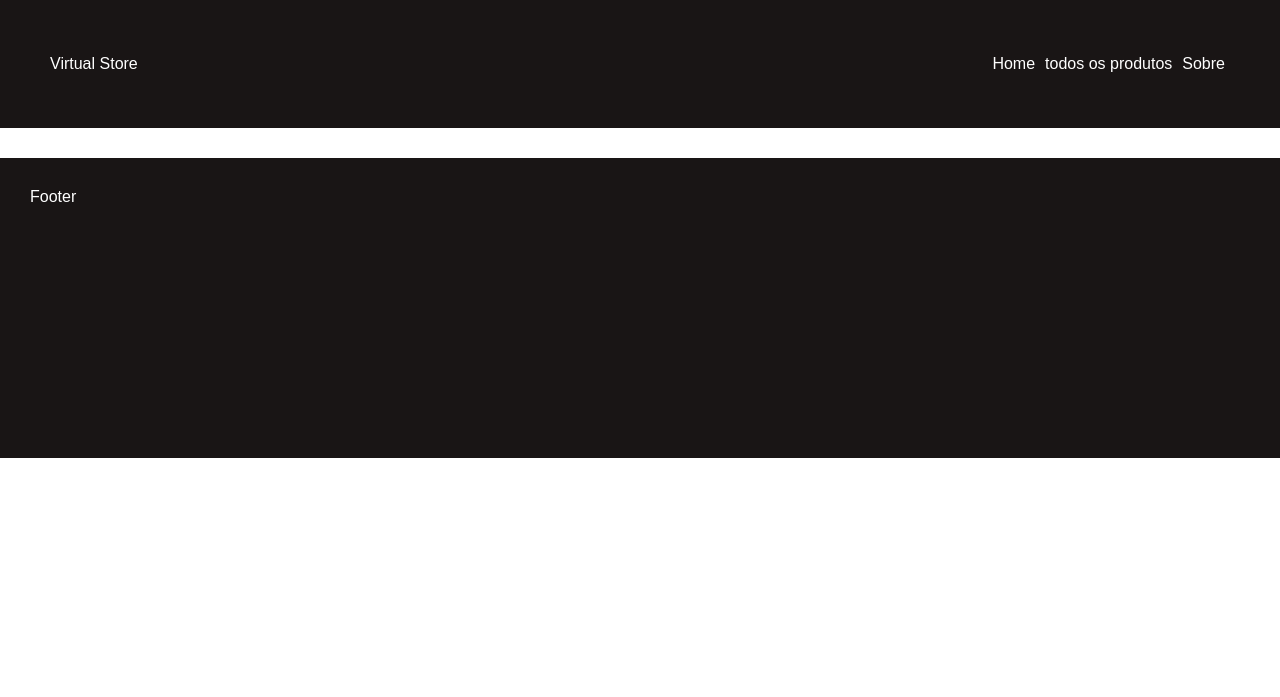
Repository: meiotera/virtuL-store
Page: /lista-de-produtos
An editor plug-in stored every save of this project. The page is shown before and after the next save, followed by the edit.
The browser window is 1280 px wide. The pictures show the whole page.
The page's requests for data from a server got no answer. The project was rebuilt for these pictures with package versions that can differ from the ones it lists, and the page was loaded fresh each time. No one was signed in, and anything a server would have sent is missing. Also part of the build but not shown: vite.config.js, src/pages/Home.jsx, src/styles/ProductCard.module.css, src/styles/Button.module.css, src/components/Button.jsx, src/components/ProductCard.jsx, src/styles/ProductDetail.module.css, src/pages/ProductDetail.jsx.

Above is the page before, as saved 2025-04-08 18:30:01.

### src/index.css
* {
  margin: 0;
  padding: 0;
  list-style: none;

  font-family: Arial, Helvetica, sans-serif;
  text-decoration: none;
  box-sizing: border-box;
}

body {
  margin: 0 auto;
}

### src/App.jsx
import { BrowserRouter, Link, Route, Routes } from 'react-router-dom';
import Header from './components/Header';
import Main from './components/Main';
import Footer from './components/Footer';
import Home from './pages/Home';
import ProductList from './pages/ProductList';
import ProductDetail from './pages/ProductDetail';

function App() {
  return (
    <BrowserRouter>
      <Header />

      <Main>
        <Routes>
          <Route path="/" element={<Home />} />
          <Route path="/lista-de-produtos" element={<ProductList />} />
          <Route
            path="/lista-de-produtos/:title/:id"
            element={<ProductDetail />}
          />
        </Routes>
      </Main>

      <Footer />
    </BrowserRouter>
  );
}

export default App;

### src/components/Header.jsx
import React from 'react';
import styles from '../styles/Header.module.css';

const Header = () => {
  return (
    <header className={styles.header}>
      <div className={styles.containerHeader}>
        <div>Virtual Store</div>

        <div className={styles.navContainer}>
          <nav>
            <a href="">Home</a>
            <a href="">todos os produtos</a>
            <a href="">Sobre</a>
          </nav>
        </div>
      </div>
    </header>
  );
};

export default Header;

### src/components/Main.jsx
import React from 'react';
import styles from '../styles/Main.module.css';

const Main = ({ children }) => {
  return <main className={styles.main}>{children}</main>;
};

export default Main;

### src/components/Footer.jsx
import React from 'react';
import styles from '../styles/Footer.module.css';

const Footer = () => {
  return <footer className={styles.footer}>Footer</footer>;
};

export default Footer;

### src/pages/ProductList.jsx
import React, { useEffect, useState } from 'react';
import { getAllProducts } from '../services/api';
import ProductCard from '../components/ProductCard';

import styles from '../styles/ProductList.module.css';

const ProductList = () => {
  const [products, setProdutcts] = useState([]);

  useEffect(() => {
    const fetchData = async () => {
      const data = await getAllProducts();
      setProdutcts(data);
    };

    fetchData();
  }, []);

  console.log(products);

  return (
    <div className={styles.containerProducts}>
      {products.map((product) => (
        <ProductCard
          key={product.id}
          id={product.id}
          title={product.title}
          image={product.image}
          rating={product.rating}
          price={product.price}
        />
      ))}
    </div>
  );
};

export default ProductList;

### src/styles/Header.module.css
.header {
  background-color: #191515;
  padding: 30px;
  margin-bottom: 30px;
  color: #fff;
}

.containerHeader {
  max-width: 1440px;
  display: flex;
  justify-content: space-between;
  flex-wrap: wrap;
  align-items: center;
  padding: 20px;
  margin: 0 auto;
}

.navContainer nav {
  display: flex;
  align-items: center;
}

.navContainer a {
  padding: 5px;

  color: #fff;
  text-decoration: none;
}

### src/styles/Main.module.css
.main {
  max-width: 1440px;
  margin: 0 auto;
}

### src/styles/Footer.module.css
.footer {
  padding: 30px;
  background-color: #191515;
  color: #fff;

  height: 300px;
}

### src/services/api.js
const BASE_URL = 'https://fakestoreapi.com';

// buscar todos os produtos
export const getAllProducts = async () => {
  const res = await fetch(`${BASE_URL}/products`);
  const data = await res.json();

  return data;
};

export const getASingleProduct = async (id) => {
  const res = await fetch(`${BASE_URL}/products/${id}`);
  const data = await res.json();

  return data;
};

### src/styles/ProductList.module.css
.containerProducts {
  display: flex;
  flex-wrap: wrap;
  justify-content: center;
  align-items: center;
  width: 100%;
  gap: 20px;
}

@media (min-width: 960px) {
  .containerProducts {
    justify-content: space-between;
  }
}

Loaded but not shown: index.html (common file); src/main.jsx (common file)

After the next save:
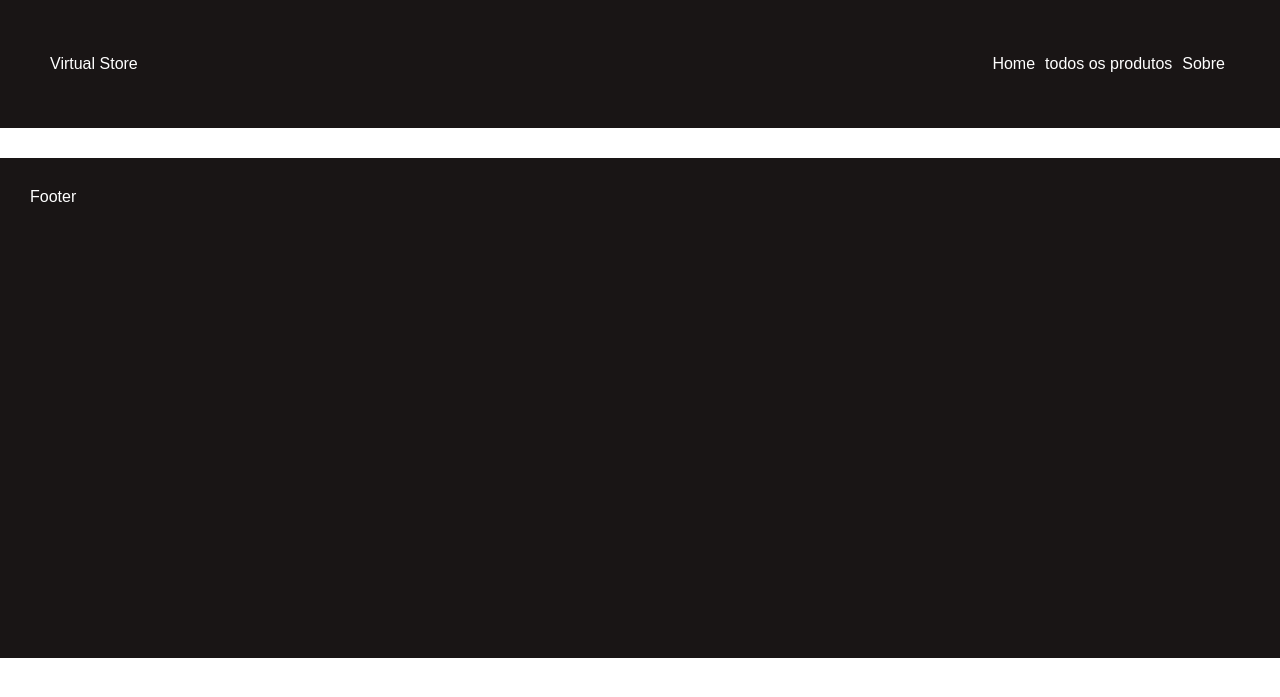
Saved 5 s later.
--- a/src/styles/Footer.module.css
+++ b/src/styles/Footer.module.css
@@ -3,5 +3,5 @@
   background-color: #191515;
   color: #fff;
 
-  height: 300px;
+  height: 500px;
 }
